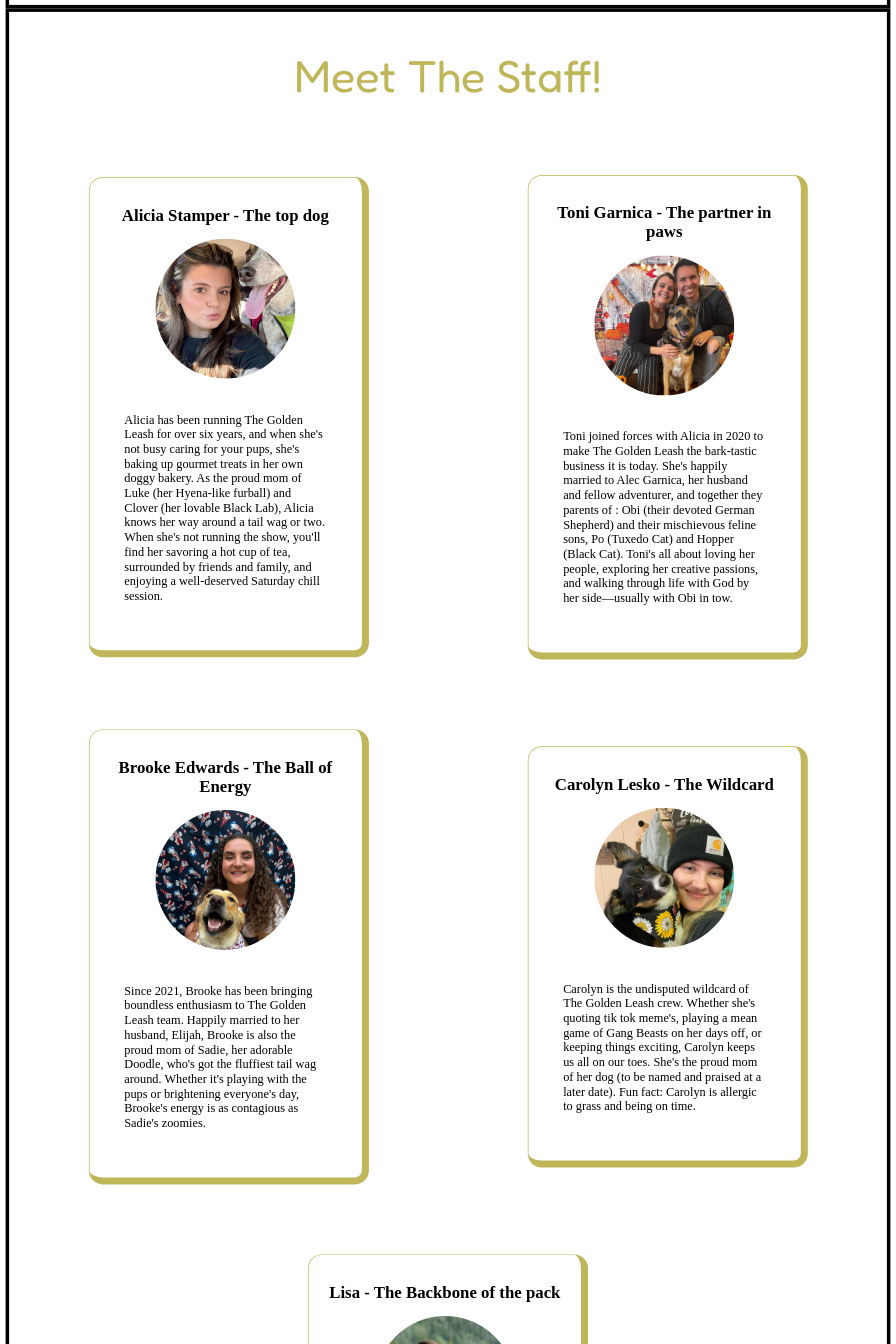
Repository: Aworminator/Thegoldenleash
Page: index.html
The author's editor kept a copy of each file at every save. The page is drawn from the files as they stood at one save, then again after the next save.
The browser window is 1280 px wide. The pictures show the part of the page from y = 1890 to 3810 px (the page is 5005 px tall before and 4783 px after), at 70% of full size.

Above is the page before, as saved 2025-07-15 20:51:42.

### index.html
<!DOCTYPE html>
<html lang="en">
  <head>
    <meta charset="UTF-8" />
    <meta name="viewport" content="width=device-width, initial-scale=1.0" />
    <title>The Golden Leash</title>
    <link
      rel="stylesheet"
      href="https://cdnjs.cloudflare.com/ajax/libs/font-awesome/6.5.0/css/all.min.css"
      integrity="sha512-..."
      crossorigin="anonymous"
      referrerpolicy="no-referrer"
    />
    <link rel="stylesheet" href="style.css" />
    <link rel="preconnect" href="https://fonts.googleapis.com" />
    <link rel="preconnect" href="https://fonts.gstatic.com" crossorigin />
    <link
      href="https://fonts.googleapis.com/css2?family=Fredoka:wght@300..700&display=swap"
      rel="stylesheet"
    />

    <!-- Everything is great. Look up ideas on how to make everything else translate
    with media query. The logo is fixed, however, other things get messed up after
    the resolution hits a certain point. Figure out how to fix that next. -->
  </head>
  <body>
    <section class="home-page">
      <div class="image-container">
        <div>
          <img src="./Images/GoldenLeashLogo No Nose.png" class="logo" />
        </div>

        <ul class="list">
          <li class="list-item" data-target="our-story">Our Story</li>
          <li class="list-item" data-target="services">Services</li>
          <li class="list-item" data-target="contact">Contact Us</li>
        </ul>
      </div>
    </section>

    <section class="our-story">
      <h1>Our Story</h1>
      <p class="story-info info">
        Lorem ipsum odor amet, consectetuer adipiscing elit. Aenean quis
        bibendum condimentum mauris primis integer sollicitudin porttitor.
        Blandit condimentum aptent condimentum orci rhoncus pellentesque euismod
        a. Varius imperdiet fermentum aptent mollis sem eu. Mattis ante pharetra
        quisque nam odio nascetur per. Vitae pellentesque massa facilisi
        maecenas ligula felis. Tristique pulvinar iaculis inceptos lectus elit
        fusce. <br /><br />
        Nisl erat purus sem imperdiet varius erat taciti cursus. Leo ante lectus
        potenti lacus viverra senectus commodo fringilla. Imperdiet est
        parturient ornare imperdiet tempor vulputate. Parturient porttitor
        quisque platea turpis vel porta. Torquent feugiat curabitur posuere
        hendrerit ipsum eros vel erat. Aenean netus proin arcu taciti nec
        efficitur ullamcorper.
      </p>
    </section>

    <section class="services">
      <h1>Services</h1>
      <div class="icon-container">
        <i class="fa-solid fa-house icon" id="boarding"></i>
        <i class="fa-solid fa-dog icon" id="daycare"></i>
        <i class="fa-solid fa-paw icon" id="walks"></i>
        <i class="fa-solid fa-bath icon" id="grooming"></i>
      </div>
      <h1>Click for Info</h1>
      <p class="service-info info" id="boarding">
        At The Golden Leash, we bring personalized care directly to you! Our
        team will stop by to check on your dog and take them for a walk tailored
        to their needs. Each walk typically lasts around 45 minutes, giving your
        pup plenty of exercise and attention. <br /><br />
        Your dog's safety and well-being are our top priorities. That’s why we
        monitor the weather closely, ensuring your furry friend isn’t exposed to
        unsafe conditions. We avoid walks in temperatures below 28°F, and during
        extreme heat, we’ll adjust walk times to protect your dog’s paws from
        hot sidewalks. Because your dog deserves the very best care—rain, shine,
        or snow!
      </p>
      <p class="service-info info" id="daycare">
        This will be the information for daycare
      </p>
      <p class="service-info info" id="walks">
        This will be the information for walks
      </p>
      <p class="service-info info" id="grooming">
        This will be the information for grooming
      </p>
    </section>

    <section class="staff">
      <h1>Meet The Staff!</h1>
      <div id="staff-cards"></div>
    </section>

    <section class="contact">
      <h1>Contact Us</h1>
      <form class="contact-form">
        <div class="form-group">
          <label for="name">Name</label>
          <input type="text" id="name" name="name" required />
        </div>
        <div class="form-group">
          <label for="email">Email</label>
          <input type="email" id="email" name="email" required />
        </div>
        <div class="form-group">
          <label for="message">Message</label>
          <textarea id="message" name="message" rows="5" required></textarea>
        </div>
        <button type="submit" class="contact-btn">Send Message</button>
      </form>
    </section>
    <script src="script.js"></script>
  </body>
</html>

### style.css
h1 {
  font-family: "Fredoka", serif;
  font-optical-sizing: auto;
  font-weight: 400; /* Replace <weight> with a valid value */
  font-style: normal;
  color: #bfb65a;
  font-variation-settings: "wdth" 100;
  text-align: center;
  font-size: 4em;
}

h2 {
  text-align: center;
}

.image-container {
  display: flex;
  flex-direction: row;
  justify-content: space-around;
}

.home-page {
  border: black solid 5px;
  min-height: 50vh;
}

.services,
.staff,
.contact,
.our-story {
  border: black solid 5px;
  min-height: 600px;
}

.logo {
  width: 100%;
  max-width: 600px; /* or whatever the largest size you want */
  height: auto;
  display: block;
}

.list {
  font-size: 3em;
  padding: 50px;
}

li {
  font-family: "Fredoka", serif;
  font-optical-sizing: auto;
  font-weight: 400; /* Replace <weight> with a valid value */
  font-style: normal;
  color: #bfb65a;
  font-variation-settings: "wdth" 100;
  font-size: 1.3em;
  margin-bottom: 80px;
  text-shadow: 3px 3px 0px rgba(191, 183, 90, 0.336),
    0 0 16px rgba(191, 182, 90, 0.25);
}

.icon-container {
  display: flex;
  justify-content: center;
}

.icon {
  background-color: #bfb65a;
  width: 100px;
  aspect-ratio: 1 / 1;
  border-radius: 50%;
  display: flex;
  justify-content: center;
  align-items: center;
  font-size: 2em;
  margin: 30px;
}

.icon:hover,
.list-item:hover {
  transform: scale(1.1);
  transition: transform 0.2s;
}

.icon:active,
.list-item:active {
  transform: scale(0.9);
  transition: transform 0.2s;
}

.service-info,
.story-info {
  text-align: center;
  font-size: 1.5rem;
  margin: 100px;
}

.service-info {
  display: none;
  background-color: rgb(182, 182, 182);
  border-radius: 10px;
  padding: 5px;
  animation: slide-fwd-tr 1.3s cubic-bezier(0.25, 0.46, 0.45, 0.94) both;
}

.card {
  width: 100%;
  max-width: 400px;
  border: none;
  border-bottom: 10px solid #bfb65a;
  border-right: 10px solid #bfb65a;
  border-top: 1px solid #bfb65a;
  border-left: 1px solid #bfb65a;
  border-radius: 20px;
  display: flex;
  flex-direction: column;
  justify-content: flex-start;
  align-items: center;
  margin: 50px;
  padding: 20px;
  box-sizing: border-box;
  overflow-wrap: break-word;
  word-wrap: break-word;
}

.profile-pic {
  height: 200px;
  border-radius: 50%;
  object-fit: cover;
  object-position: top;
  width: 200px;
}

.profile-pic:hover {
  transform: scale(1.15);
  transition: transform 0.2s;
}

#staff-cards {
  display: flex;
  flex-direction: row;
  flex-wrap: wrap;
  align-items: center;
  justify-content: space-around;
}

.staff-info {
  padding: 30px;
  font-size: 1.1em;
}

@keyframes slide-fwd-tr {
  0% {
    opacity: 0%;
    transform: translateZ(180px) translateY(120px) translateX(-120px);
  }
  100% {
    opacity: 100%;
    transform: translateZ(0px) translateY(0px) translateX(0px);
  }
}

@media (max-width: 900px) {
  .image-container {
    flex-direction: column;
    align-items: center;
  }

  .info {
    font-size: 0.8em;
    width: 50%;
    /* figure out a way to make this wider */
  }

  .icon {
    font-size: 1.4em;
    margin: 15px;
  }

  .staff-info {
    font-size: 1.2em;
    overflow: visible;
    padding: 10px;
  }

  .card {
    margin: 20px;
    padding: 20px;
  }

  h1 {
    font-size: 2.5em;
  }

  li {
    font-size: 1em;
  }

  h2 {
    font-size: 1.2em;
    padding: 5px;
  }
}

@media (max-width: 600px) {
  .contact-form {
    padding: 18px 8px 14px 8px;
    max-width: 95vw;
  }
}

/* Contact Form Styles */
.contact-form {
  max-width: 500px;
  margin: 40px auto 0 auto;
  border-radius: 16px;
  box-shadow: 0 4px 24px rgba(191, 182, 90, 0.15);
  padding: 32px 28px 24px 28px;
  display: flex;
  flex-direction: column;
  gap: 18px;
}
.form-group {
  display: flex;
  flex-direction: column;
  gap: 6px;
}
.contact-form label {
  font-size: 1.1em;
  color: black;
  font-weight: 600;
  margin-bottom: 2px;
}
.contact-form input,
.contact-form textarea {
  padding: 10px 12px;
  border: 1.5px solid black;
  border-radius: 8px;
  font-size: 1em;
  font-family: inherit;
  transition: border 0.2s;
}
.contact-form input:focus,
.contact-form textarea:focus {
  outline: none;
  border: 2px solid black;
}
.contact-btn {
  background: #bfb65a;
  color: #fff;
  border: none;
  border-radius: 8px;
  padding: 12px 0;
  font-size: 1.1em;
  font-weight: 700;
  cursor: pointer;
  margin-top: 10px;
  box-shadow: 0 2px 8px rgba(191, 182, 90, 0.12);
  transition: background 0.2s, transform 0.2s;
}
.contact-btn:hover {
  background: #a49e4a;
  transform: translateY(-2px) scale(1.03);
}

### script.js
const staffMembers = [
  {
    name: "Alicia Stamper",
    title: "The top dog",
    image: "./Images/Staff Pictures/Alicia TGL Picture.jpg",
    info: "Alicia has been running The Golden Leash for over six years, and when she's not busy caring for your pups, she's baking up gourmet treats in her own doggy bakery. As the proud mom of Luke (her Hyena-like furball) and Clover (her lovable Black Lab), Alicia knows her way around a tail wag or two. When she's not running the show, you'll find her savoring a hot cup of tea, surrounded by friends and family, and enjoying a well-deserved Saturday chill session.",
  },
  {
    name: "Toni Garnica",
    title: "The partner in paws",
    image: "./Images/Staff Pictures/Toni TGL Picture.jpg",
    info: "Toni joined forces with Alicia in 2020 to make The Golden Leash the bark-tastic business it is today. She's happily married to Alec Garnica, her husband and fellow adventurer, and together they parents of : Obi (their devoted German Shepherd) and their mischievous feline sons, Po (Tuxedo Cat) and Hopper (Black Cat). Toni's all about loving her people, exploring her creative passions, and walking through life with God by her side—usually with Obi in tow.",
  },
  {
    name: "Brooke Edwards",
    title: "The Ball of Energy",
    image: "./Images/Staff Pictures/Brooke TGL Picture.jpg",
    info: "Since 2021, Brooke has been bringing boundless enthusiasm to The Golden Leash team. Happily married to her husband, Elijah, Brooke is also the proud mom of Sadie, her adorable Doodle, who's got the fluffiest tail wag around. Whether it's playing with the pups or brightening everyone's day, Brooke's energy is as contagious as Sadie's zoomies.",
  },
  {
    name: "Carolyn Lesko",
    title: "The Wildcard",
    image: "./Images/Staff Pictures/Carolyn TGL Picture.jpg",
    info: "Carolyn is the undisputed wildcard of The Golden Leash crew. Whether she's quoting tik tok meme's, playing a mean game of Gang Beasts on her days off, or keeping things exciting, Carolyn keeps us all on our toes. She's the proud mom of her dog (to be named and praised at a later date). Fun fact: Carolyn is allergic to grass and being on time.",
  },
  {
    name: "Lisa",
    title: "The Backbone of the pack",
    image: "./Images/Staff Pictures/Lisa and rip Van Winkle.png",
    info: "Lisa is the kind of hard worker who makes everything run like clockwork at The Golden Leash. With her unmatched dedication and a can-do attitude, she's the go-to person for getting things done. Whether it's caring for pups, organizing schedules, or simply being awesome, Lisa brings a level of expertise and warmth that every team dreams of having. We're lucky to have her!",
  },
];

const story = document.querySelector("#story");
const services = document.querySelector("#services");
const contact = document.querySelector("#contact");
const house = document.querySelector(".fa-house");
const dog = document.querySelector(".fa-dog");
const paw = document.querySelector(".fa-paw");
const bath = document.querySelector(".fa-bath");
const serviceInfo = document.querySelector(".service-info");
const boarding = document.querySelector("#boarding");
const grooming = document.querySelector("#grooming");
const walks = document.querySelector("#walks");
const daycare = document.querySelector("#daycare");
const service = document.querySelector(".services");
const staffCards = document.querySelector("#staff-cards");
const iconContainer = document.querySelectorAll(".icon-container i");

let allSections = document.querySelectorAll(".service-info");

// Loop for the list items.

// FIX THIS. Make it go to each section class.
document.querySelectorAll(".list-item").forEach((list) => {
  list.addEventListener("click", () => {
    const targetID = list.id;
    const targetSection = document.getElementById(targetID);

    if (targetSection) targetSection.scrollIntoView({ behavior: "smooth" });
  });
});

// Loop for the icons.
iconContainer.forEach((icon) => {
  icon.addEventListener("click", () => {
    const sectionId = icon.id;

    allSections.forEach((section) => {
      section.style.display = section.id === sectionId ? "block" : "none";
    });
    const targetSection = document.getElementById(sectionId);
    if (targetSection) targetSection.scrollIntoView({ behavior: "smooth" });
  });
});

staffMembers.forEach((person) => {
  const newCard = document.createElement("div");
  newCard.classList.add("card");
  newCard.innerHTML = `<h2>${person.name} - ${person.title}</h2>
          <img
            src="${person.image}"
            alt="${person.name} Profile-Pic"
            class="profile-pic"
          />
          <p class="staff-info info">
            ${person.info}
          </p>`;
  staffCards.appendChild(newCard);
});

After the next save:
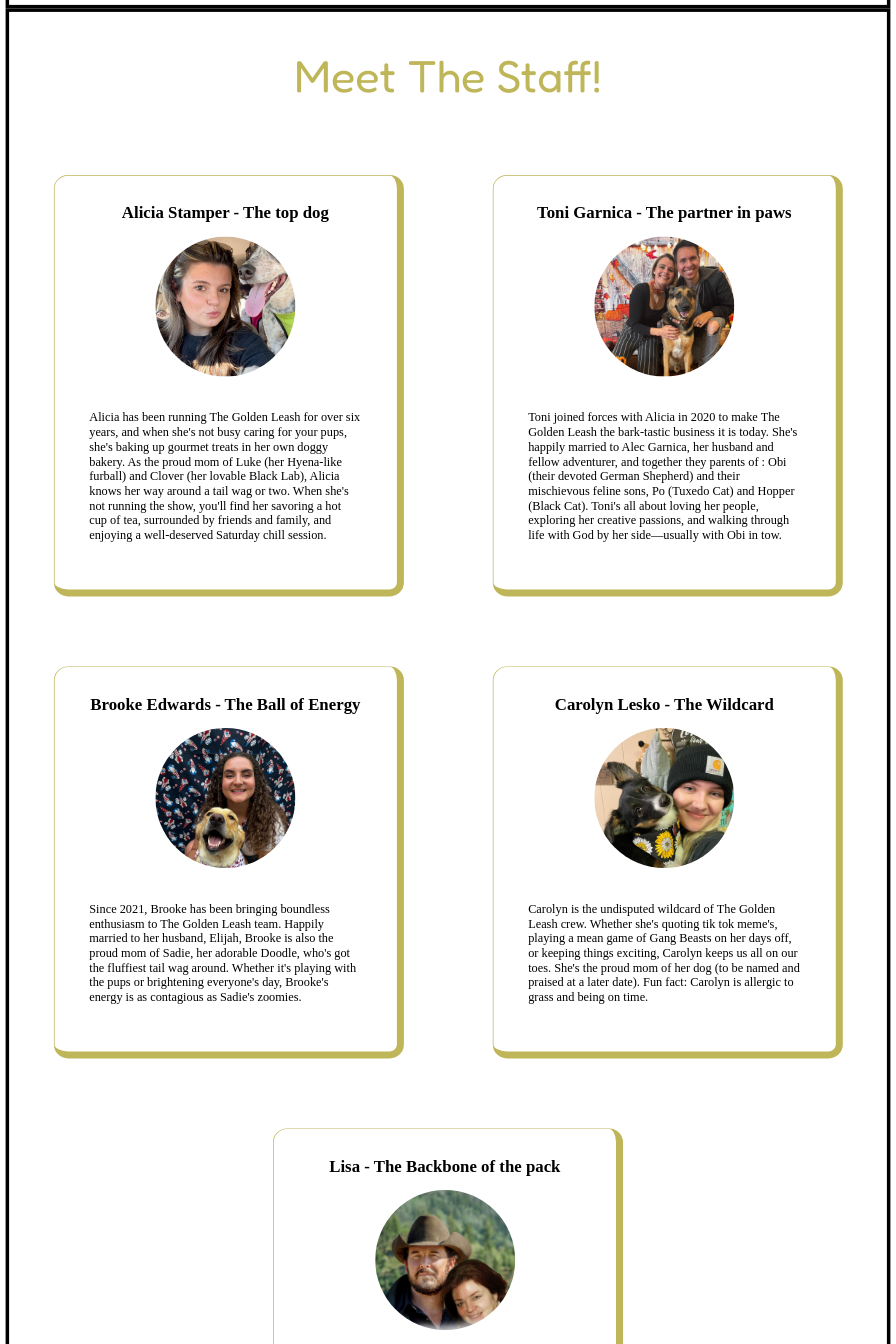
Saved 5 days later.
--- a/style.css
+++ b/style.css
@@ -103,7 +103,7 @@ li {
 
 .card {
   width: 100%;
-  max-width: 400px;
+  max-width: 500px;
   border: none;
   border-bottom: 10px solid #bfb65a;
   border-right: 10px solid #bfb65a;
